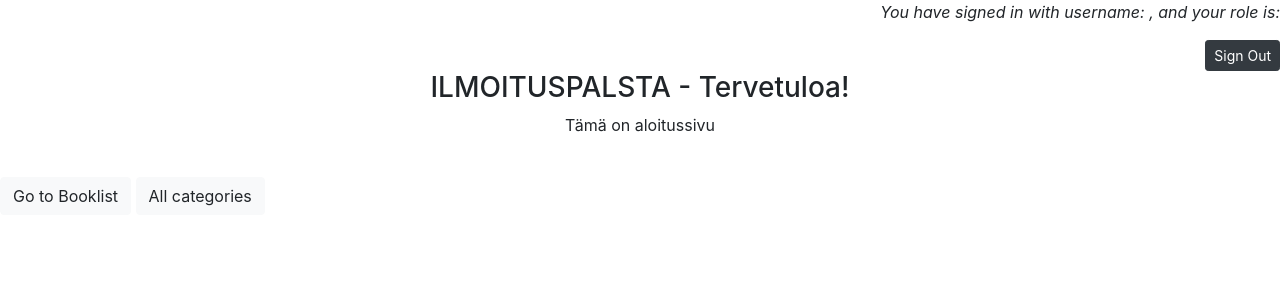
Repository: LiljestromNadja/Backend_s2023_harjoitustyo
Page: http://localhost/index
These files come from the project's save history. The page is drawn as it stood at one moment and after the next save; the edit follows.
The browser window is 1280 px wide. The pictures show the whole page.
The page is this project's Thymeleaf template; nobody is signed in. The template is opened directly, without the code that normally fills it, so the values that code supplies are empty.

Above is the page before, as saved 2023-11-09 19:06:28.

After the next save:
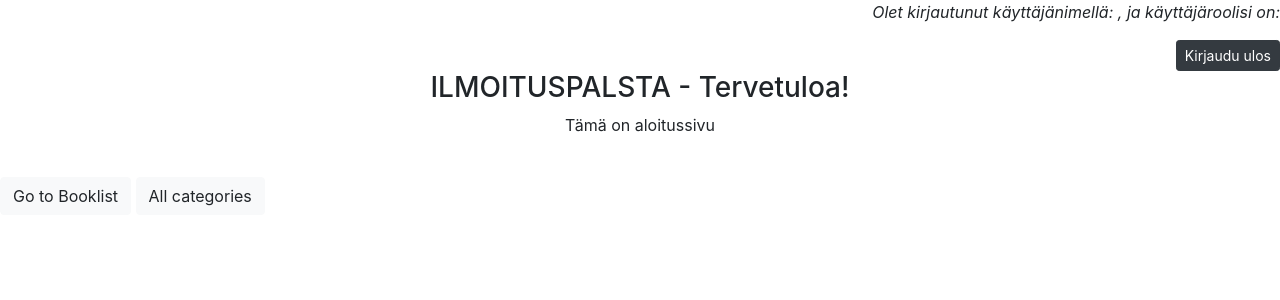
Saved 33 s later.
--- a/harkkas23v01/src/main/resources/templates/index.html
+++ b/harkkas23v01/src/main/resources/templates/index.html
@@ -9,12 +9,11 @@
 <body>
 	<div class="text-right">
 		<p class="text-right">
-			<i>You have signed in with username: <b sec:authentication="name"></b>,
-			and your role is: <b sec:authentication="principal.authorities"></b></i>
+			<i>Olet kirjautunut käyttäjänimellä: <b sec:authentication="name"></b>,	ja käyttäjäroolisi on: <b sec:authentication="principal.authorities"></b></i>
 		</p>
 
 		<form th:action="@{/logout}" method="post">
-			<input type="submit" value="Sign Out" class="btn btn-sm btn-dark" />
+			<input type="submit" value="Kirjaudu ulos" class="btn btn-sm btn-dark" />
 		</form>
 	</div>
 
